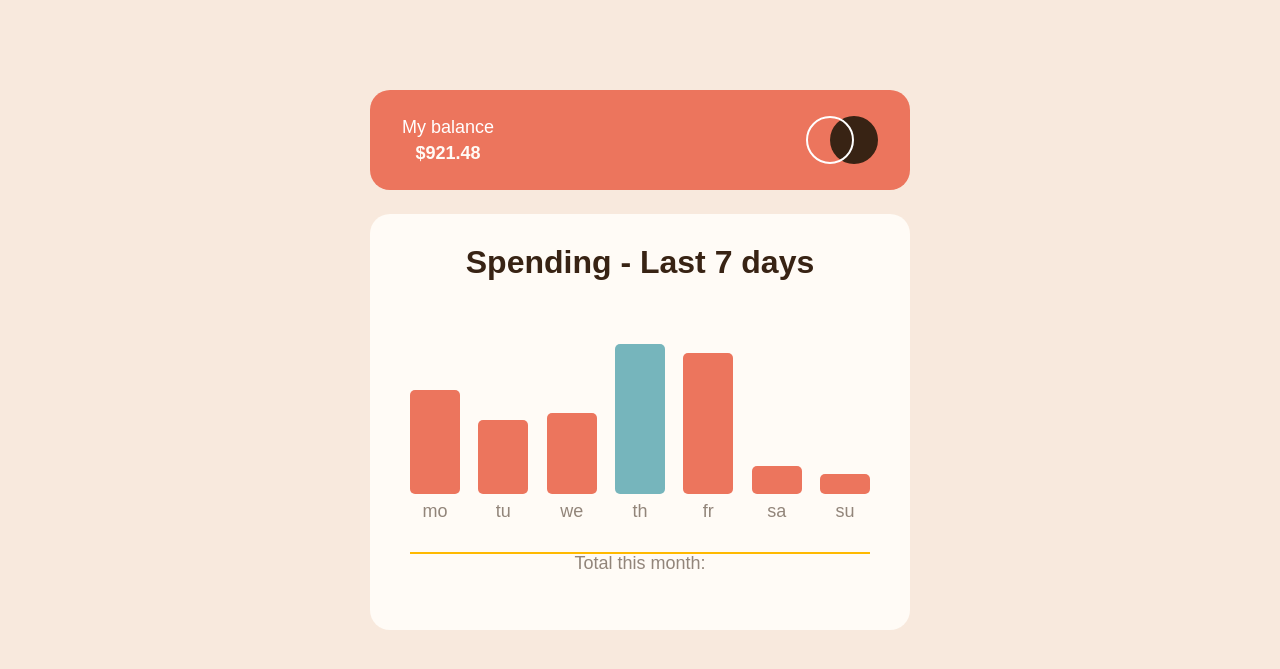
Repository: usmanov16/6-oy-2-dars-
Page: /
An editor plug-in stored every save of this project. The page is shown before and after the next save, followed by the edit.
The browser window is 1280 px wide. The pictures show the whole page.
The project was rebuilt for these pictures with package versions that can differ from the ones it lists, and the page was loaded fresh each time. Also part of the build but not shown: vite.config.js.

Above is the page before, as saved 2025-08-28 18:59:41.

After the next save:
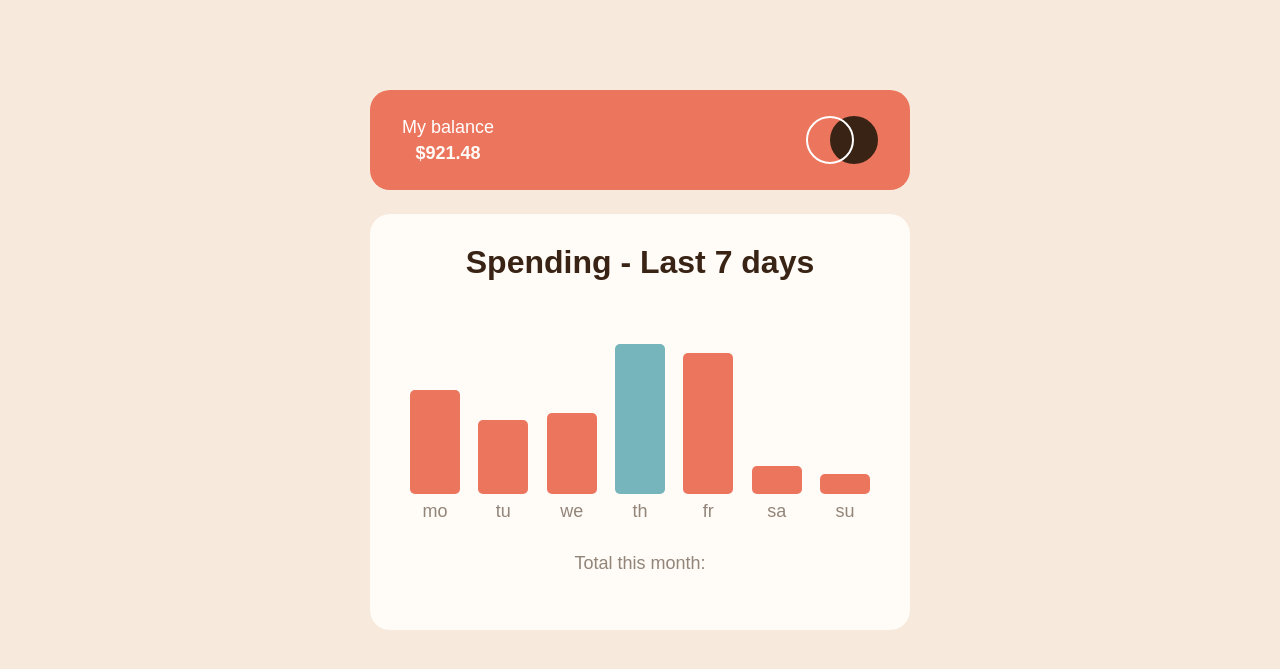
Saved 23 s later.
--- a/src/components/CardBottom.jsx
+++ b/src/components/CardBottom.jsx
@@ -79,7 +79,7 @@ function CardBottom() {
       </ul>
       <span className='w-[460px] h-0.5 bg-card-white'></span>
       <div className='flex flex-col'>
-      <span className="bg-amber-400 w-[460px] h-0.5"></span>
+      <span className="bg w-[460px] h-0.5"></span>
       <span className="text-medium-brown font-normal leading-[1] ">Total this month:</span>
       <br />
       </div>
